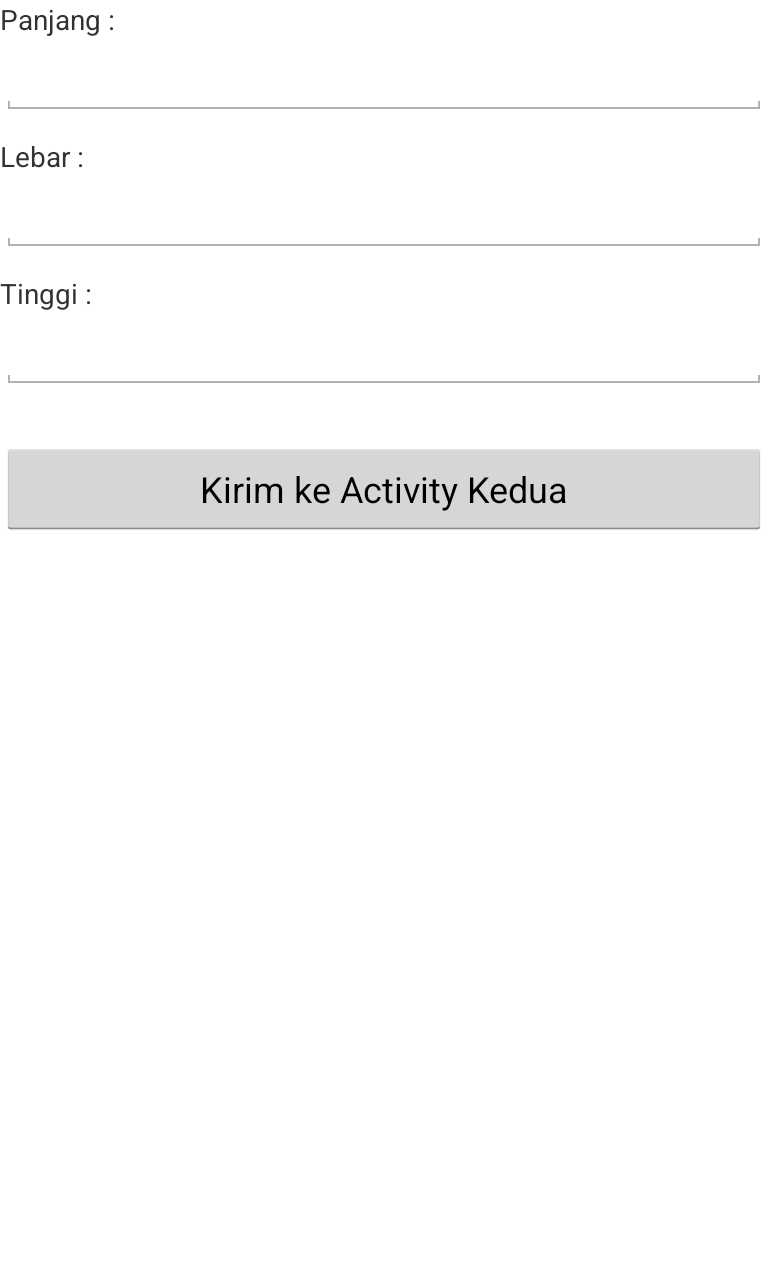
Repository: fauzhanFARTF/mobile_programming_kuliah
Layout: soal4_UAS_malam/res/layout/activity_main.xml
An editor plug-in stored every save of this project. The layout is shown before and after the next save, followed by the edit.
It is drawn on a 768 x 1280 px phone screen (xhdpi) without system bars, with theme AppTheme; the app's code is not run.

Above is the layout before, as saved 2023-01-27 15:33:10.

After the next save:
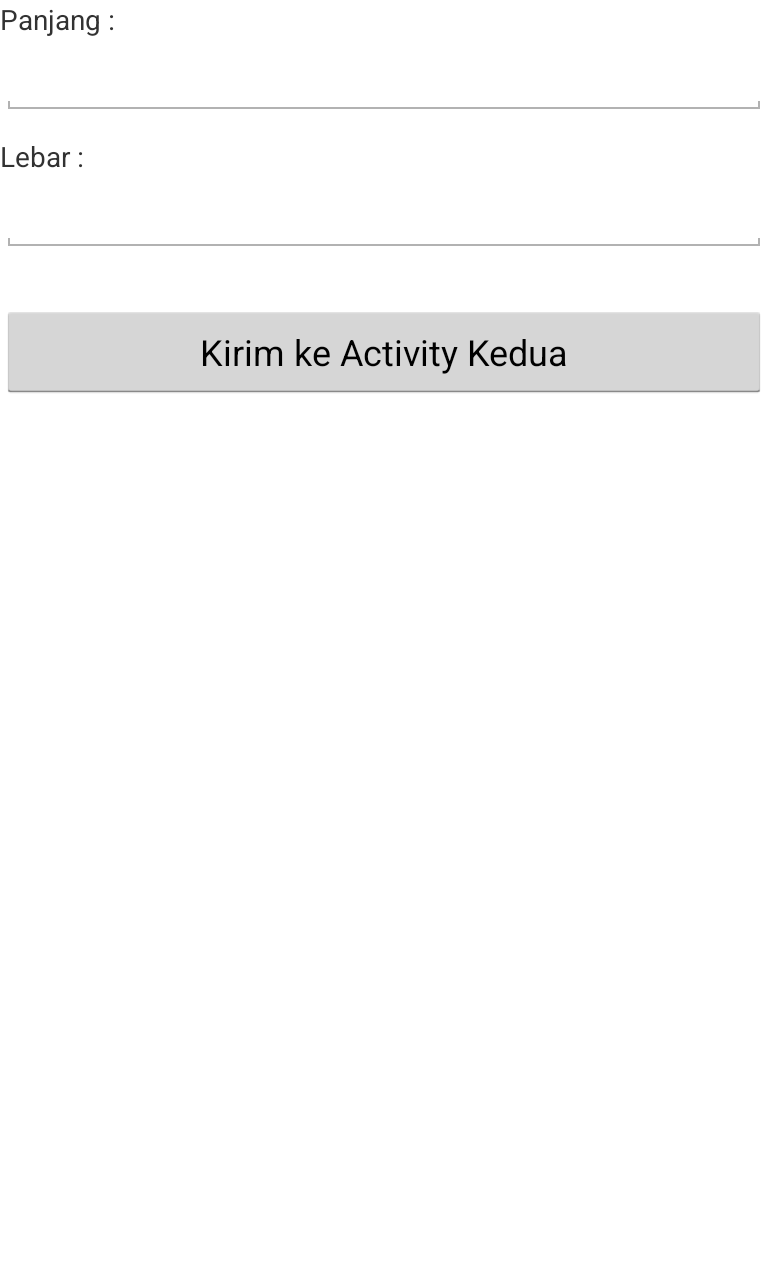
Saved 5 h 10 min later.
--- a/soal4_UAS_malam/res/layout/activity_main.xml
+++ b/soal4_UAS_malam/res/layout/activity_main.xml
@@ -26,16 +26,7 @@
         android:inputType="numberDecimal"
         />
 
-    <TextView
-        android:layout_width="fill_parent"
-        android:layout_height="wrap_content"
-        android:text="Tinggi : " />
-    <EditText
-        android:id="@+id/tinggi"
-        android:layout_width="fill_parent"
-        android:layout_height="wrap_content"
-        android:layout_marginBottom="10dip"
-        android:inputType="numberDecimal"
+
      	/>
 
     <Button android:id="@+id/btnNextScreen"

After the save that followed:
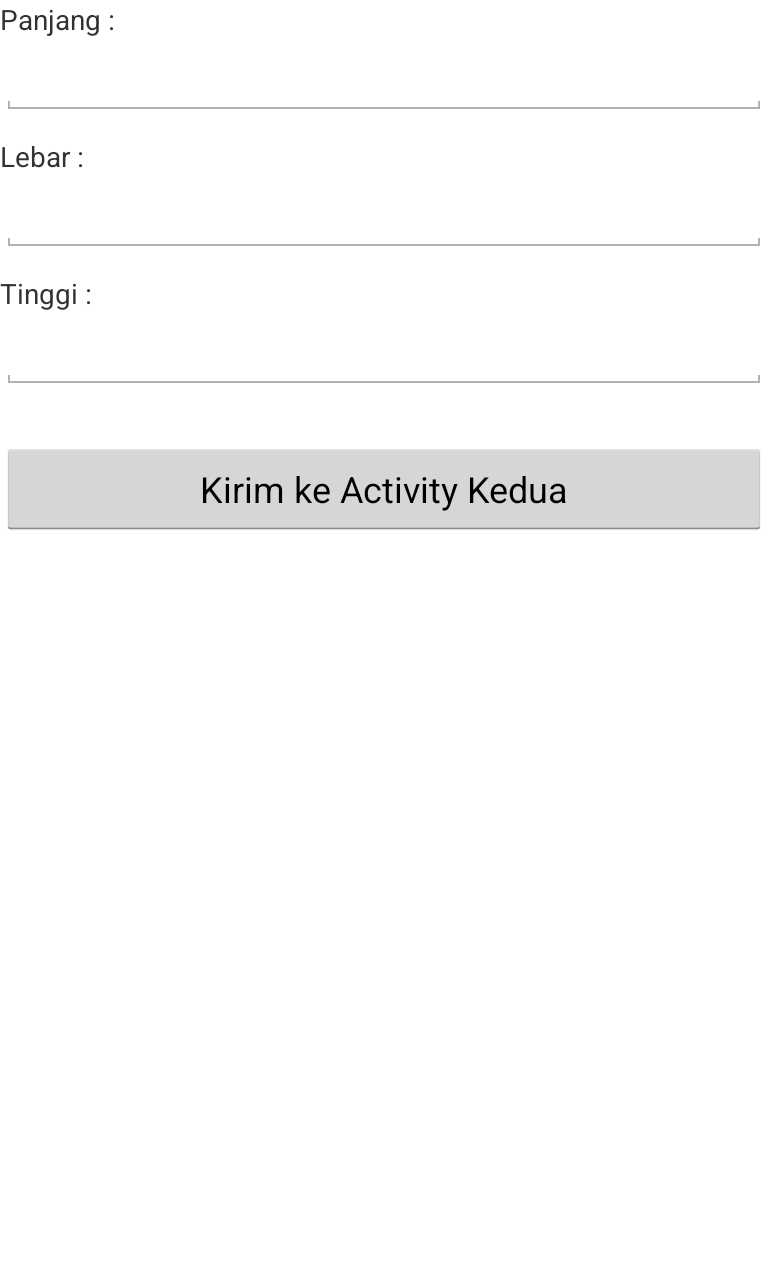
Saved 18 s later.
--- a/soal4_UAS_malam/res/layout/activity_main.xml
+++ b/soal4_UAS_malam/res/layout/activity_main.xml
@@ -26,7 +26,16 @@
         android:inputType="numberDecimal"
         />
 
-
+    <TextView
+        android:layout_width="fill_parent"
+        android:layout_height="wrap_content"
+        android:text="Tinggi : " />
+    <EditText
+        android:id="@+id/tinggi"
+        android:layout_width="fill_parent"
+        android:layout_height="wrap_content"
+        android:layout_marginBottom="10dip"
+        android:inputType="numberDecimal"
      	/>
 
     <Button android:id="@+id/btnNextScreen"
